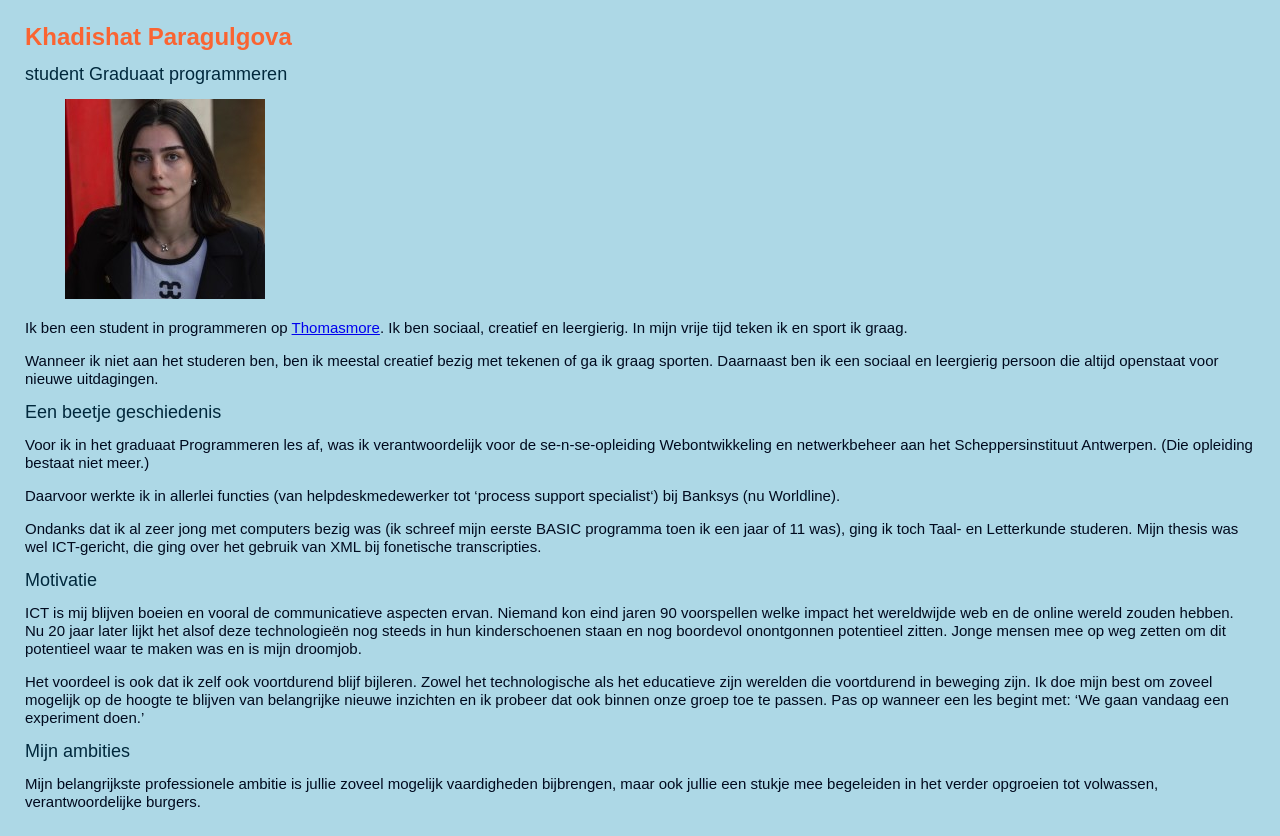
Repository: khadishat00/portfolio
Page: index.html
These files come from the project's save history. The page is drawn as it stood at one moment and after a run of saves; the edit follows.
The browser window is 1280 px wide. The pictures show the whole page.

Above is the page before, as saved 2026-09-24 14:51:25.

### index.html
<!doctype html>
<html lang="en">
  <head>
    <meta charset="UTF-8" />
    <meta name="viewport" content="width=device-width, initial-scale=1.0" />
    <title>portfolio</title>
  </head>
  <style>
    html {
      font-family: Arial, sans-serif;
    }
    body {
      background-color: lightblue;
      margin: 25px;
    }
    h1 {
      font-family: "Century Gothic", sans-serif;
      color: #fa6432;
      font-weight: bold;
      font-size: 24px;
      line-height: 24px;
    }
    h2 {
      font-family: "Century Gothic", sans-serif;
      color: #00283c;
      font-weight: normal;
      font-size: 18px;
      line-height: 18px;
    }
    p {
      font-family: Arial, sans-serif;
      color: #000a1e;
      font-size: 15px;
      line-height: 18px;
      font-weight: normal;
      padding:;
    }

    figure {
      display: block;
      margin-block-start: 1em;
      margin-block-end: 1em;
      margin-inline-start: 40px;
      margin-inline-end: 40px;
      unicode-bidi: isolate;
    }

    img {
      max-width: 100%;
    }
  </style>

  <body>
    <main>
      <h1>Khadishat Paragulgova</h1>
      <h2>student Graduaat programmeren</h2>
      <figure>
        <img src="profielfoto.jpg" alt="Mijn profielfoto" />
      </figure>
      <p>
        Ik ben een student in programmeren op
        <a href="https://thomasmore.be/nl">Thomasmore</a>. Ik ben sociaal,
        creatief en leergierig. In mijn vrije tijd teken ik en sport ik graag.
      </p>
      <p>
        Wanneer ik niet aan het studeren ben, ben ik meestal creatief bezig met
        tekenen of ga ik graag sporten. Daarnaast ben ik een sociaal en leergierig
        persoon die altijd openstaat voor nieuwe uitdagingen.
      </p>

      <h2>Een beetje geschiedenis</h2>
      <p>
        Voor ik in het graduaat Programmeren les af, was ik verantwoordelijk
        voor de se-n-se-opleiding Webontwikkeling en netwerkbeheer aan het
        Scheppersinstituut Antwerpen. (Die opleiding bestaat niet meer.)
      </p>
      <p>
        Daarvoor werkte ik in allerlei functies (van helpdeskmedewerker tot
        ‘process support specialist‘) bij Banksys (nu Worldline).
      </p>
      <p>
        Ondanks dat ik al zeer jong met computers bezig was (ik schreef mijn
        eerste BASIC programma toen ik een jaar of 11 was), ging ik toch Taal-
        en Letterkunde studeren. Mijn thesis was wel ICT-gericht, die ging over
        het gebruik van XML bij fonetische transcripties.
      </p>

      <h2>Motivatie</h2>
      <p>
        ICT is mij blijven boeien en vooral de communicatieve aspecten ervan.
        Niemand kon eind jaren 90 voorspellen welke impact het wereldwijde web
        en de online wereld zouden hebben. Nu 20 jaar later lijkt het alsof deze
        technologieën nog steeds in hun kinderschoenen staan en nog boordevol
        onontgonnen potentieel zitten. Jonge mensen mee op weg zetten om dit
        potentieel waar te maken was en is mijn droomjob.
      </p>
      <p>
        Het voordeel is ook dat ik zelf ook voortdurend blijf bijleren. Zowel
        het technologische als het educatieve zijn werelden die voortdurend in
        beweging zijn. Ik doe mijn best om zoveel mogelijk op de hoogte te
        blijven van belangrijke nieuwe inzichten en ik probeer dat ook binnen
        onze groep toe te passen. Pas op wanneer een les begint met: ‘We gaan
        vandaag een experiment doen.’
      </p>

      <h2>Mijn ambities</h2>
      <p>
        Mijn belangrijkste professionele ambitie is jullie zoveel mogelijk
        vaardigheden bijbrengen, maar ook jullie een stukje mee begeleiden in
        het verder opgroeien tot volwassen, verantwoordelijke burgers.
      </p>
    </main>
  </body>
</html>

After the next 3 saves:
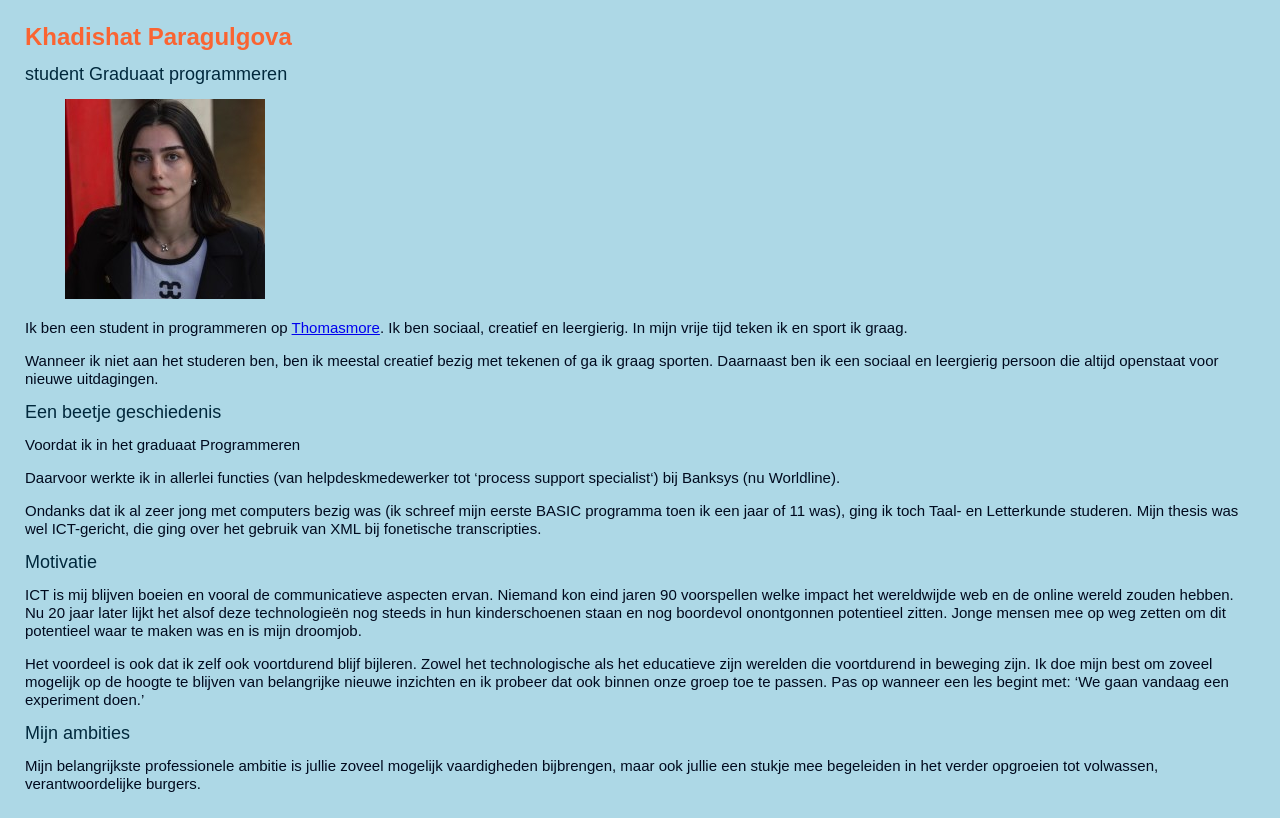
The 3 saves are shown as one change because they came seconds apart.
The last was saved 35 s later.
--- a/index.html
+++ b/index.html
@@ -70,9 +70,7 @@
 
       <h2>Een beetje geschiedenis</h2>
       <p>
-        Voor ik in het graduaat Programmeren les af, was ik verantwoordelijk
-        voor de se-n-se-opleiding Webontwikkeling en netwerkbeheer aan het
-        Scheppersinstituut Antwerpen. (Die opleiding bestaat niet meer.)
+        Voordat ik in het graduaat Programmeren
       </p>
       <p>
         Daarvoor werkte ik in allerlei functies (van helpdeskmedewerker tot
